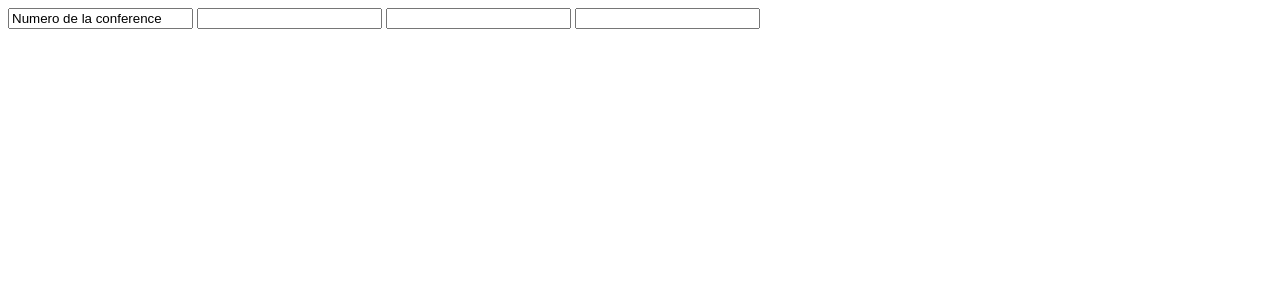
Repository: Chebani/Devoir-n2
Page: http://localhost/database/application/views/newConference.php
An editor plug-in stored every save of this project. The page is shown before and after the next save, followed by the edit.
The browser window is 1280 px wide. The pictures show the whole page.
The page is run by PHP 8.4 with error messages shown; the project is at /var/www/html/.

Above is the page before, as saved 2018-10-11 16:58:55.

### application/views/newConference.php
<?php ?>
  <input type="text" value='Numero de la conference' disable>
  <input type="text">
  <input type="text">
  <input type="text">

After the next save:
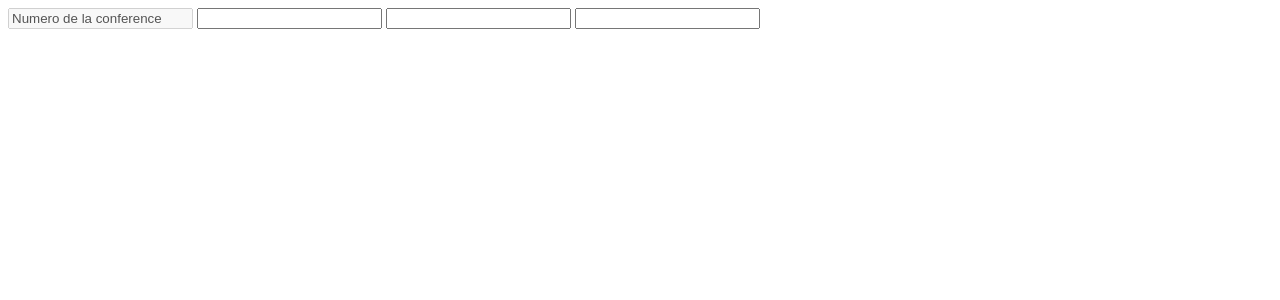
Saved 10 s later.
--- a/application/views/newConference.php
+++ b/application/views/newConference.php
@@ -1,5 +1,5 @@
 <?php ?>
-  <input type="text" value='Numero de la conference' disable>
+  <input type="text" value='Numero de la conference' disabled>
   <input type="text">
   <input type="text">
   <input type="text">
